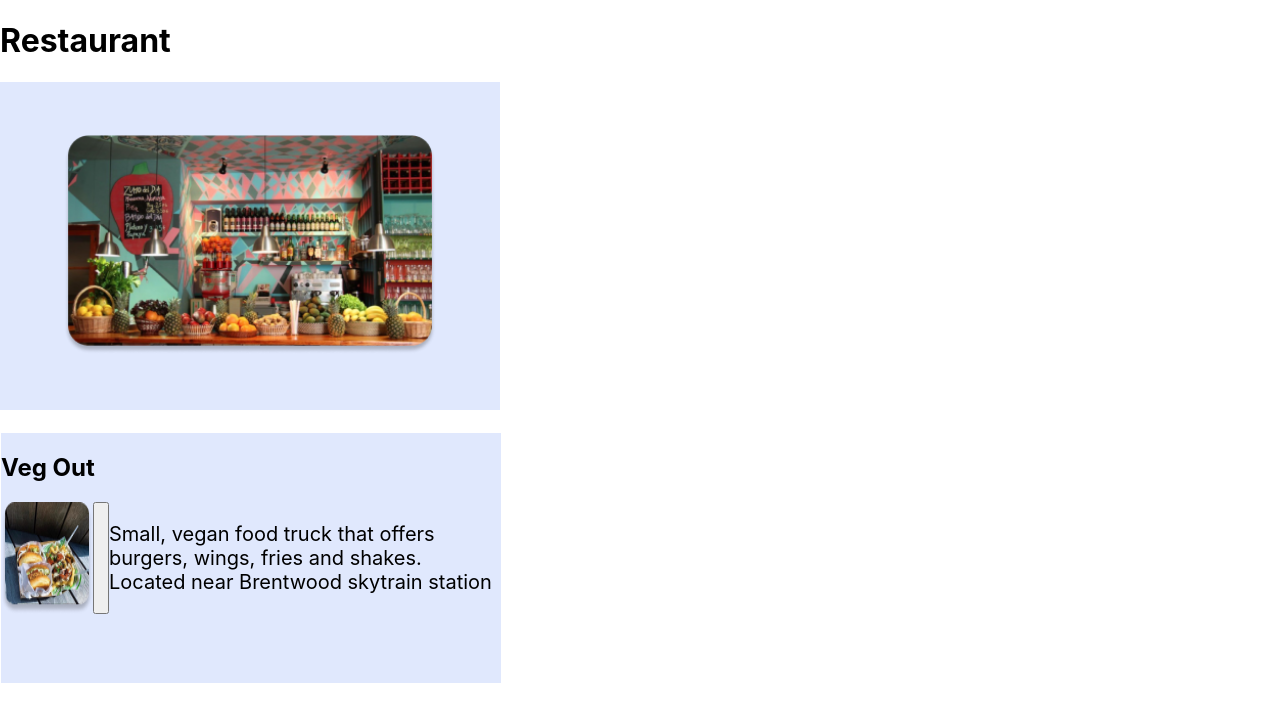
Repository: Kinakopan/design_mindfulEating_site
Page: /restaurant (app in firstapp/)
The author's editor kept a copy of each file at every save. The page is drawn from the files as they stood at one save, then again after the next save.
The browser window is 1280 px wide. The pictures show the whole page.
The project was rebuilt for these pictures with package versions that can differ from the ones it lists, and the page was loaded fresh each time. The framework's server and built-in components were replaced by stand-ins that run in the browser. Also part of the build but not shown: firstapp/next.config.js.

Above is the page before, as saved 2022-04-20 16:24:32.

After the next save:
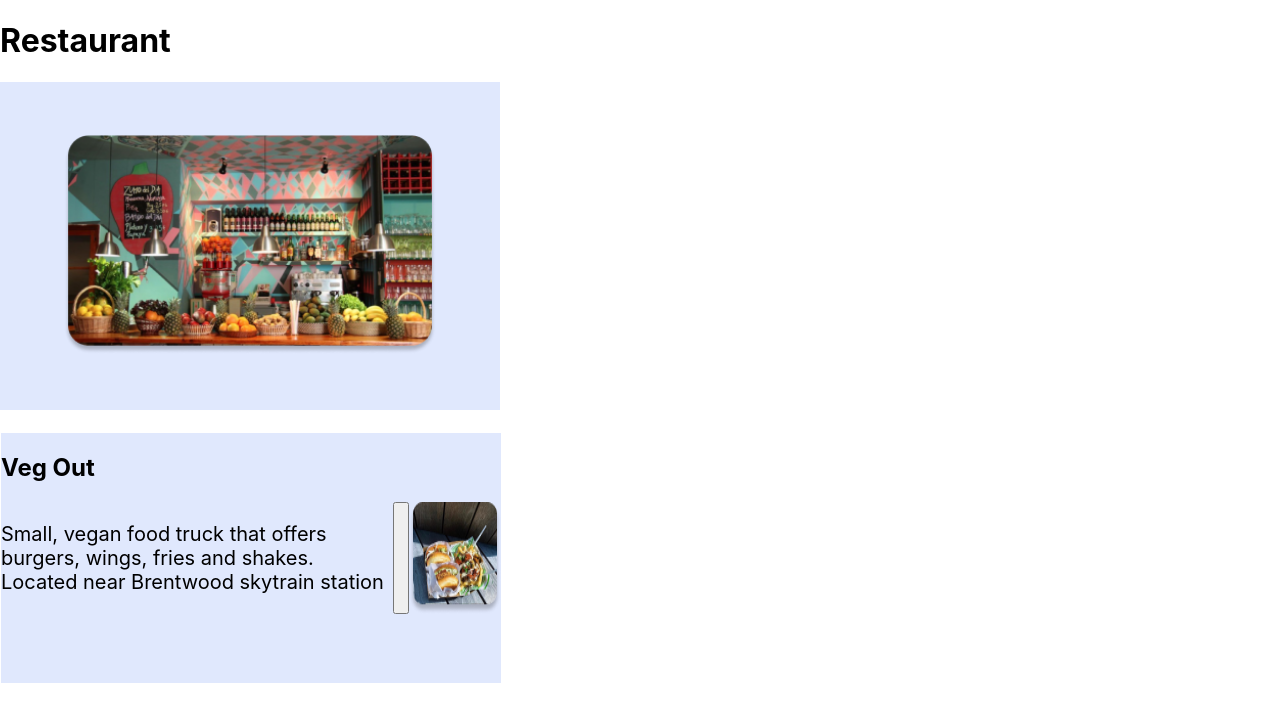
Saved 2 min 30 s later.
--- a/firstapp/comps/RestaurantCard.js
+++ b/firstapp/comps/RestaurantCard.js
@@ -28,6 +28,7 @@
 
 const ResItem = styled.div`
     display: flex;
+    flex-direction:row-reverse;
 `
 ;
 

After the save that followed:
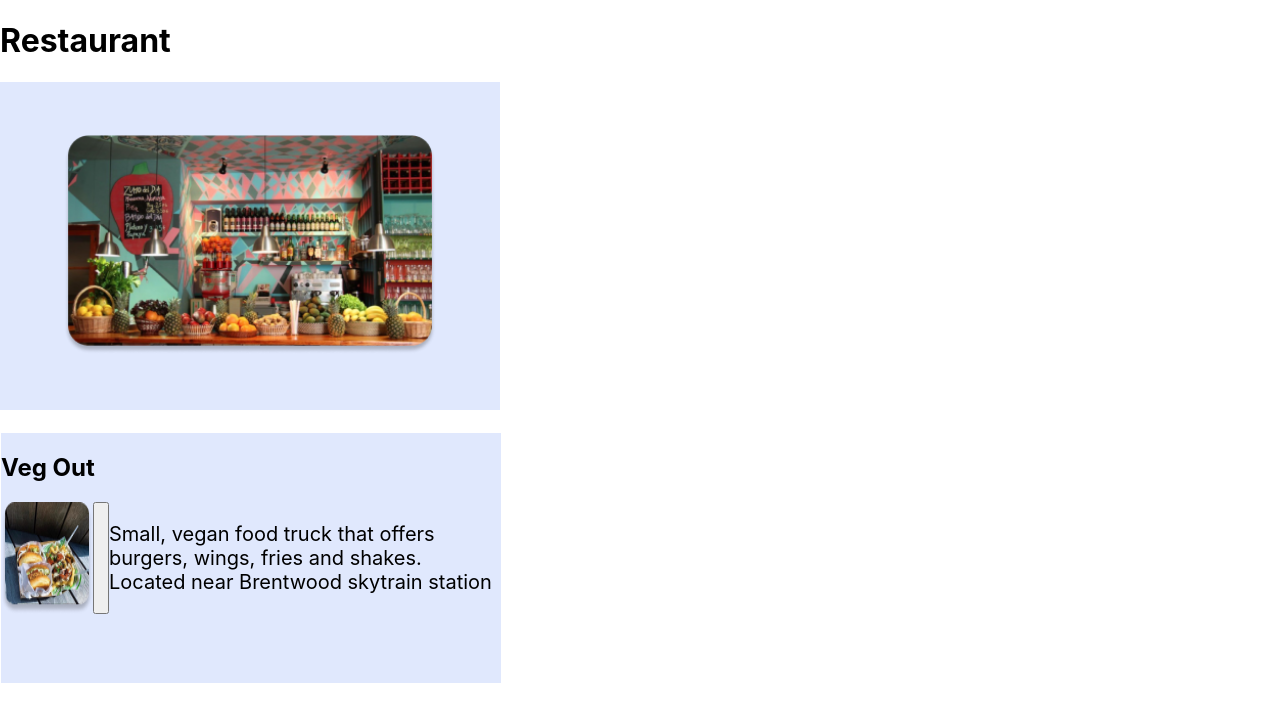
Saved 50 s later.
--- a/firstapp/comps/RestaurantCard.js
+++ b/firstapp/comps/RestaurantCard.js
@@ -28,7 +28,7 @@
 
 const ResItem = styled.div`
     display: flex;
-    flex-direction:row-reverse;
+    flex-direction:column；
 `
 ;
 
